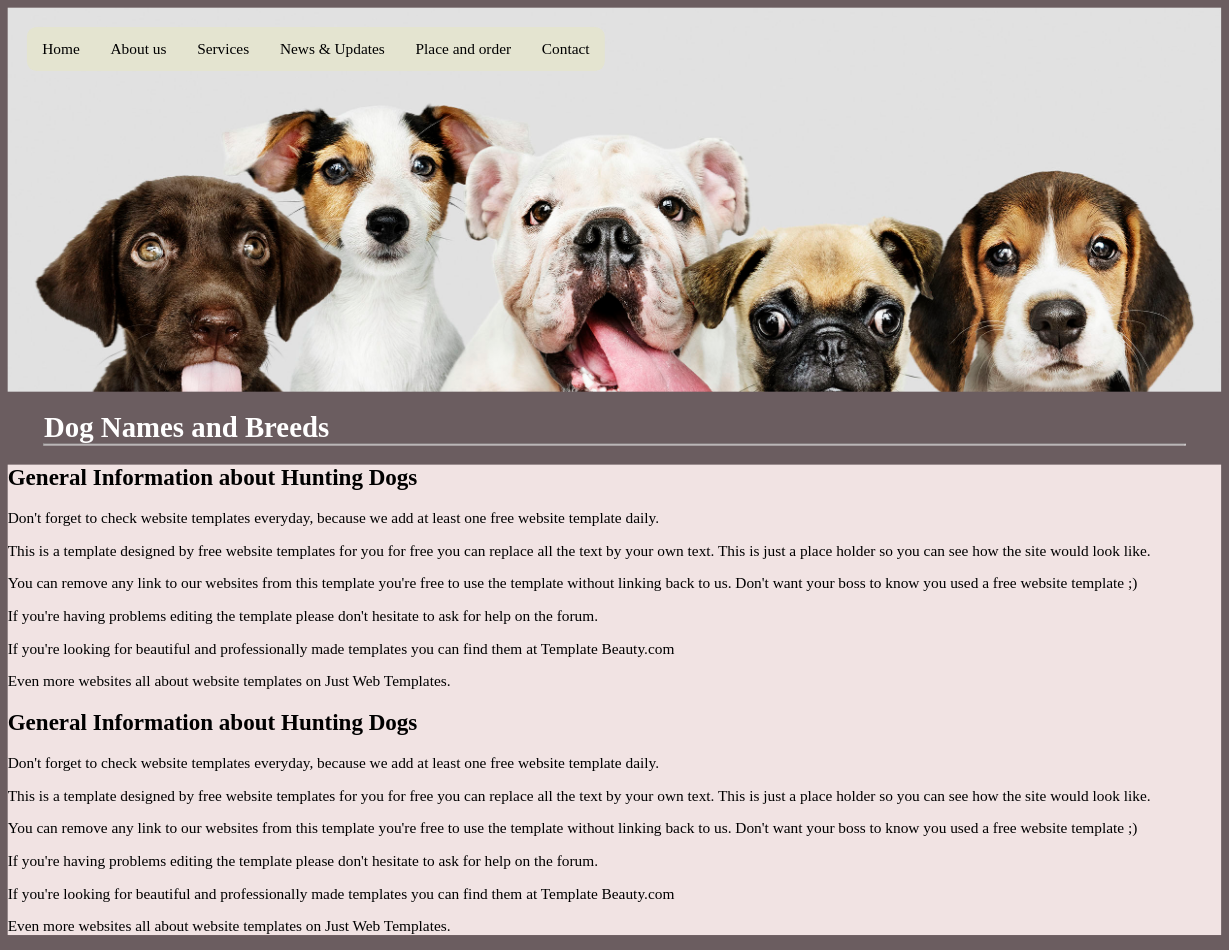
Repository: Tayma-Kazmouz/labwork
Page: index.html
These files come from the project's save history. The page is drawn as it stood at one moment and after the next save; the edit follows.
The browser window is 1280 px wide. The pictures show the whole page, at 96% of full size.

Above is the page before, as saved 2022-04-04 16:45:13.

### index.html
<!DOCTYPE html>
<html lang="en">
<head>
    <meta charset="UTF-8">
    <meta http-equiv="X-UA-Compatible" content="IE=edge">
    <meta name="viewport" content="width=device-width, initial-scale=1.0">
    <title>LabWork1</title>
    <link rel="stylesheet" href="styles.css">
</head>
<body>
    <div class="banner">
          <div class="nav">
            <ul>
                <li><a class="active" href="#">Home</a></li>
                <li><a href="#">About us</a></li>
                <li><a href="#">Services</a></li>
                <li><a href="#">News & Updates</a></li>
                <li><a href="#">Place and order</a></li>
                <li><a href="#">Contact</a></li>
            </ul>
        </div>
      </div>
      <h1>Dog Names and Breeds</h1>
      <hr style="margin-top: 0px; width: 94%; border-width: 0.5px;">
      <div class="container-one">

          <h2>General Information about Hunting Dogs</h2>
          <p>Don't forget to check website templates everyday, because we add at least one free website template daily.</p>
          <p>This is a template designed by free website templates for you for free you can replace all the text by your own text. This is just a place holder so you can see how the site would look like.</p>
          <p>You can remove any link to our websites from this template you're free to use the template without linking back to us. Don't want your boss to know you used a free website template ;)</p>
          <p>If you're having problems editing the template please don't hesitate to ask for help on the forum.</p>
          <p>If you're looking for beautiful and professionally made templates you can find them at Template Beauty.com</p>
          <p>Even more websites all about website templates on Just Web Templates.</p>

          <h2>General Information about Hunting Dogs</h2>
          <p>Don't forget to check website templates everyday, because we add at least one free website template daily.</p>
          <p>This is a template designed by free website templates for you for free you can replace all the text by your own text. This is just a place holder so you can see how the site would look like.</p>
          <p>You can remove any link to our websites from this template you're free to use the template without linking back to us. Don't want your boss to know you used a free website template ;)</p>
          <p>If you're having problems editing the template please don't hesitate to ask for help on the forum.</p>
          <p>If you're looking for beautiful and professionally made templates you can find them at Template Beauty.com</p>
          <p>Even more websites all about website templates on Just Web Templates.</p>
      </div>
</body>
</html>

### styles.css
body{
    background-color: rgb(107, 93, 96);
}

.banner{
    background-image: url(images/banner.jpg);
    height: 400px;
    position: relative;
    background-position: center;
    background-repeat: no-repeat;
    background-size: cover;
}

.nav{
    background-color: rgb(228, 228, 208);
    border-radius: 10px;
    width: auto;
    position: absolute;
    margin: 20px;
}
ul {
    list-style-type: none;
    margin: 0;
    padding: 0;
    overflow: hidden;
  }

  li {
    float: left;
  }

  li a {
    display: block;
    color: black;
    text-align: center;
    padding: 14px 16px;
    text-decoration: none;
  }

h1{
    color: white;
    font-weight: 600px;
    font-size: 30px;
    margin-bottom: 0;
    margin-left: 3%;
}

.container-one{
    background-color: rgb(241, 227, 227);
}

After the next save:
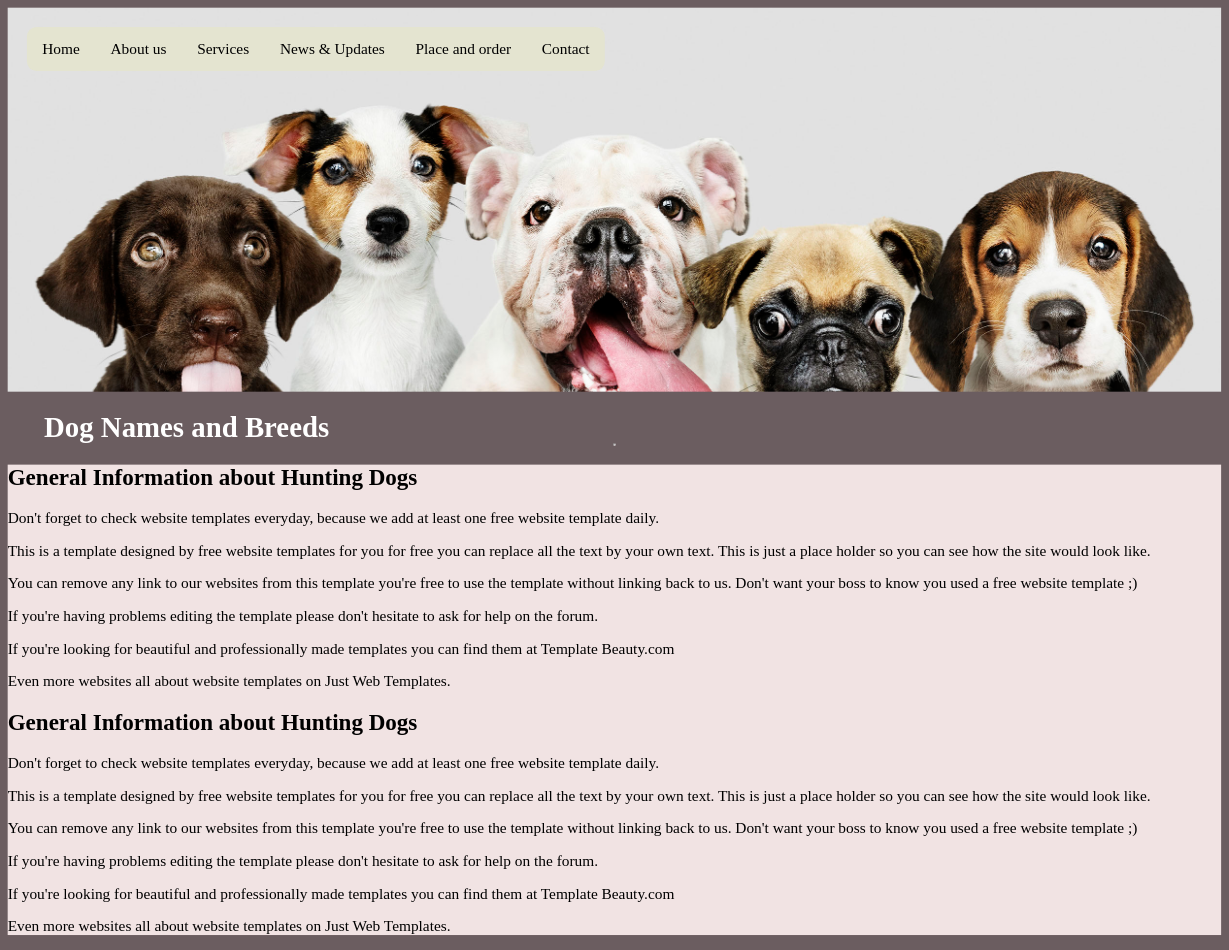
Saved 18 s later.
--- a/index.html
+++ b/index.html
@@ -21,7 +21,7 @@
         </div>
       </div>
       <h1>Dog Names and Breeds</h1>
-      <hr style="margin-top: 0px; width: 94%; border-width: 0.5px;">
+      <hr style="margin-top: 0px; width: 94%; width: 0.5px;">
       <div class="container-one">
 
           <h2>General Information about Hunting Dogs</h2>
